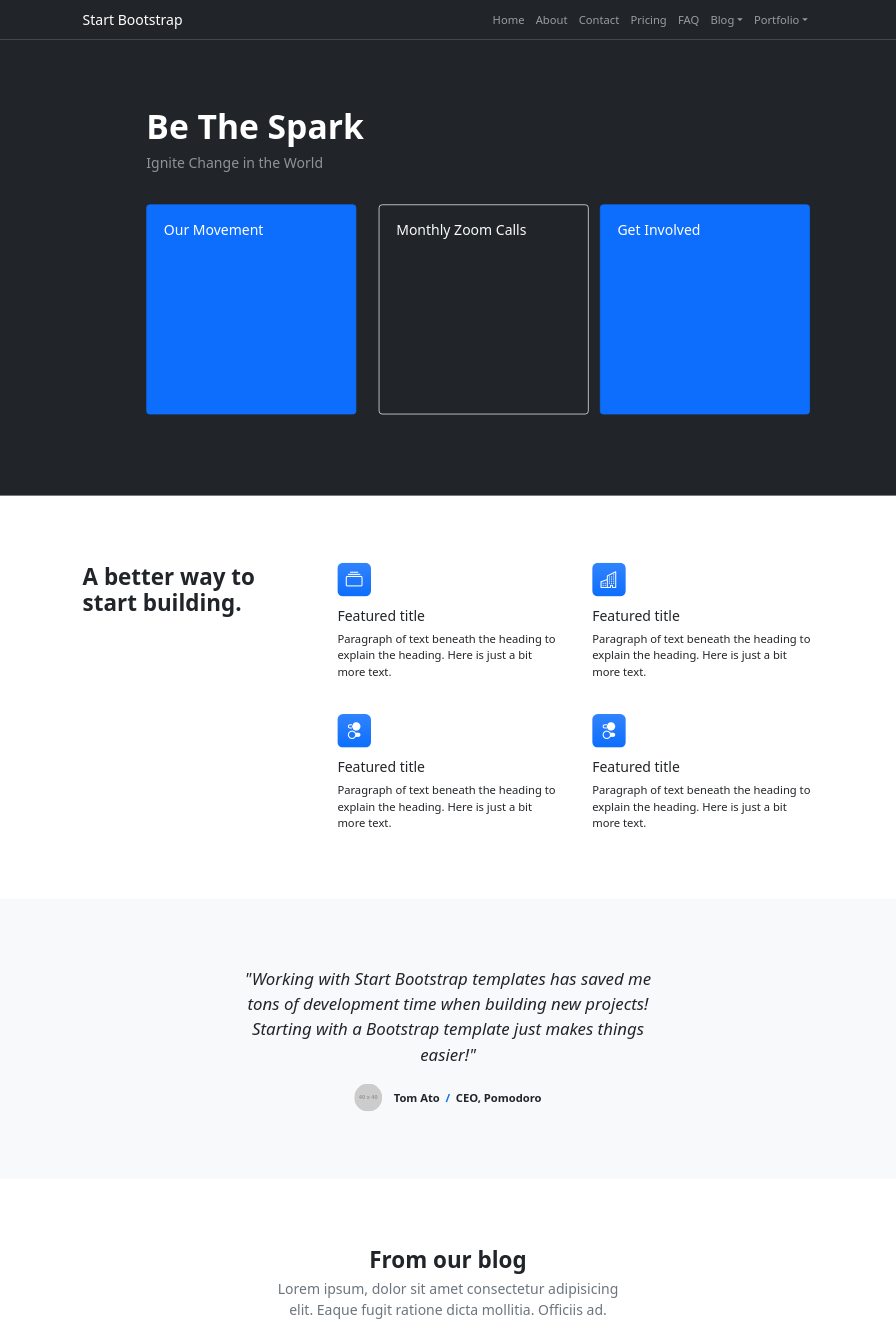
Repository: DragonFruit8/BeTheSpark
Page: index.html
The author's editor kept a copy of each file at every save. The page is drawn from the files as they stood at one save, then again after the next save.
The browser window is 1280 px wide. The pictures show the part of the page from y = 0 to 1920 px (the page is 2852 px tall before and 2652 px after), at 70% of full size.

Above is the page before, as saved 2024-01-05 08:32:02.

### index.html
<!DOCTYPE html>
<html lang="en">
    <head>
        <meta charset="utf-8" />
        <meta name="viewport" content="width=device-width, initial-scale=1, shrink-to-fit=no" />
        <meta name="description" content="" />
        <meta name="author" content="" />
        <title>Modern Business - Start Bootstrap Template</title>
        <!-- Favicon-->
        <link rel="icon" type="image/x-icon" href="assets/favicon.ico" />
        <!-- Bootstrap icons-->
        <link href="https://cdn.jsdelivr.net/npm/bootstrap-icons@1.5.0/font/bootstrap-icons.css" rel="stylesheet" />
        <!-- Core theme CSS (includes Bootstrap)-->
        <link href="css/styles.css" rel="stylesheet" />
        <link href="css/home.css" rel="stylesheet" />
    </head>
    <body class="d-flex flex-column h-100">
        <main class="flex-shrink-0">
            <!-- Navigation-->
            <nav class="navbar navbar-expand-lg navbar-dark bg-dark">
                <div class="container px-5">
                    <a class="navbar-brand" href="index.html">Start Bootstrap</a>
                    <button class="navbar-toggler" type="button" data-bs-toggle="collapse" data-bs-target="#navbarSupportedContent" aria-controls="navbarSupportedContent" aria-expanded="false" aria-label="Toggle navigation"><span class="navbar-toggler-icon"></span></button>
                    <div class="collapse navbar-collapse" id="navbarSupportedContent">
                        <ul class="navbar-nav ms-auto mb-2 mb-lg-0">
                            <li class="nav-item"><a class="nav-link" href="index.html">Home</a></li>
                            <li class="nav-item"><a class="nav-link" href="about.html">About</a></li>
                            <li class="nav-item"><a class="nav-link" href="contact.html">Contact</a></li>
                            <li class="nav-item"><a class="nav-link" href="pricing.html">Pricing</a></li>
                            <li class="nav-item"><a class="nav-link" href="faq.html">FAQ</a></li>
                            <li class="nav-item dropdown">
                                <a class="nav-link dropdown-toggle" id="navbarDropdownBlog" href="#" role="button" data-bs-toggle="dropdown" aria-expanded="false">Blog</a>
                                <ul class="dropdown-menu dropdown-menu-end" aria-labelledby="navbarDropdownBlog">
                                    <li><a class="dropdown-item" href="blog-home.html">Blog Home</a></li>
                                    <li><a class="dropdown-item" href="blog-post.html">Blog Post</a></li>
                                </ul>
                            </li>
                            <li class="nav-item dropdown">
                                <a class="nav-link dropdown-toggle" id="navbarDropdownPortfolio" href="#" role="button" data-bs-toggle="dropdown" aria-expanded="false">Portfolio</a>
                                <ul class="dropdown-menu dropdown-menu-end" aria-labelledby="navbarDropdownPortfolio">
                                    <li><a class="dropdown-item" href="portfolio-overview.html">Portfolio Overview</a></li>
                                    <li><a class="dropdown-item" href="portfolio-item.html">Portfolio Item</a></li>
                                </ul>
                            </li>
                        </ul>
                    </div>
                </div>
            </nav>
            <!-- Header-->
            <header class="bg-dark py-5">
                <div class="container px-5">
                    <div class="row gx-5 align-items-center justify-content-center">
                        <div class="col-lg-8 col-xl-10 col-xxl-12">
                            <div class="my-5 text-center text-xl-start">
                                <h1 class="display-5 fw-bolder text-white mb-2">Be The Spark</h1>
                                <p class="lead fw-normal text-white-50 mb-4">Ignite Change in the World</p>
                                <div id="CTA" class="d-grid gap-3 d-sm-flex justify-content-sm-center justify-content-xl-start">
                                    <a class="btn btn-primary btn-lg px-4 me-sm-3" href="#features">Our Movement</a>
                                    <a class="btn btn-outline-light btn-lg px-4" href="#!">Monthly Zoom Calls</a>
                                    <a class="btn btn-primary btn-lg px-4 me-sm-3" href="#features">Get Involved </a>
                                </div>
                            </div>
                        </div>
                        <!-- <div class="col-xl-5 col-xxl-6 d-none d-xl-block text-center"><img class="img-fluid rounded-3 my-5" src="https://dummyimage.com/600x400/343a40/6c757d" alt="..." /></div> -->
                    </div>
                </div>
            </header>
            <!-- Features section-->
            <section class="py-5" id="features">
                <div class="container px-5 my-5">
                    <div class="row gx-5">
                        <div class="col-lg-4 mb-5 mb-lg-0"><h2 class="fw-bolder mb-0">A better way to start building.</h2></div>
                        <div class="col-lg-8">
                            <div class="row gx-5 row-cols-1 row-cols-md-2">
                                <div class="col mb-5 h-100">
                                    <div class="feature bg-primary bg-gradient text-white rounded-3 mb-3"><i class="bi bi-collection"></i></div>
                                    <h2 class="h5">Featured title</h2>
                                    <p class="mb-0">Paragraph of text beneath the heading to explain the heading. Here is just a bit more text.</p>
                                </div>
                                <div class="col mb-5 h-100">
                                    <div class="feature bg-primary bg-gradient text-white rounded-3 mb-3"><i class="bi bi-building"></i></div>
                                    <h2 class="h5">Featured title</h2>
                                    <p class="mb-0">Paragraph of text beneath the heading to explain the heading. Here is just a bit more text.</p>
                                </div>
                                <div class="col mb-5 mb-md-0 h-100">
                                    <div class="feature bg-primary bg-gradient text-white rounded-3 mb-3"><i class="bi bi-toggles2"></i></div>
                                    <h2 class="h5">Featured title</h2>
                                    <p class="mb-0">Paragraph of text beneath the heading to explain the heading. Here is just a bit more text.</p>
                                </div>
                                <div class="col h-100">
                                    <div class="feature bg-primary bg-gradient text-white rounded-3 mb-3"><i class="bi bi-toggles2"></i></div>
                                    <h2 class="h5">Featured title</h2>
                                    <p class="mb-0">Paragraph of text beneath the heading to explain the heading. Here is just a bit more text.</p>
                                </div>
                            </div>
                        </div>
                    </div>
                </div>
            </section>
            <!-- Testimonial section-->
            <div class="py-5 bg-light">
                <div class="container px-5 my-5">
                    <div class="row gx-5 justify-content-center">
                        <div class="col-lg-10 col-xl-7">
                            <div class="text-center">
                                <div class="fs-4 mb-4 fst-italic">"Working with Start Bootstrap templates has saved me tons of development time when building new projects! Starting with a Bootstrap template just makes things easier!"</div>
                                <div class="d-flex align-items-center justify-content-center">
                                    <img class="rounded-circle me-3" src="https://dummyimage.com/40x40/ced4da/6c757d" alt="..." />
                                    <div class="fw-bold">
                                        Tom Ato
                                        <span class="fw-bold text-primary mx-1">/</span>
                                        CEO, Pomodoro
                                    </div>
                                </div>
                            </div>
                        </div>
                    </div>
                </div>
            </div>
            <!-- Blog preview section-->
            <section class="py-5">
                <div class="container px-5 my-5">
                    <div class="row gx-5 justify-content-center">
                        <div class="col-lg-8 col-xl-6">
                            <div class="text-center">
                                <h2 class="fw-bolder">From our blog</h2>
                                <p class="lead fw-normal text-muted mb-5">Lorem ipsum, dolor sit amet consectetur adipisicing elit. Eaque fugit ratione dicta mollitia. Officiis ad.</p>
                            </div>
                        </div>
                    </div>
                    <div class="row gx-5">
                        <div class="col-lg-4 mb-5">
                            <div class="card h-100 shadow border-0">
                                <img class="card-img-top" src="https://dummyimage.com/600x350/ced4da/6c757d" alt="..." />
                                <div class="card-body p-4">
                                    <div class="badge bg-primary bg-gradient rounded-pill mb-2">News</div>
                                    <a class="text-decoration-none link-dark stretched-link" href="#!"><h5 class="card-title mb-3">Blog post title</h5></a>
                                    <p class="card-text mb-0">Some quick example text to build on the card title and make up the bulk of the card's content.</p>
                                </div>
                                <div class="card-footer p-4 pt-0 bg-transparent border-top-0">
                                    <div class="d-flex align-items-end justify-content-between">
                                        <div class="d-flex align-items-center">
                                            <img class="rounded-circle me-3" src="https://dummyimage.com/40x40/ced4da/6c757d" alt="..." />
                                            <div class="small">
                                                <div class="fw-bold">Kelly Rowan</div>
                                                <div class="text-muted">March 12, 2023 &middot; 6 min read</div>
                                            </div>
                                        </div>
                                    </div>
                                </div>
                            </div>
                        </div>
                        <div class="col-lg-4 mb-5">
                            <div class="card h-100 shadow border-0">
                                <img class="card-img-top" src="https://dummyimage.com/600x350/adb5bd/495057" alt="..." />
                                <div class="card-body p-4">
                                    <div class="badge bg-primary bg-gradient rounded-pill mb-2">Media</div>
                                    <a class="text-decoration-none link-dark stretched-link" href="#!"><h5 class="card-title mb-3">Another blog post title</h5></a>
                                    <p class="card-text mb-0">This text is a bit longer to illustrate the adaptive height of each card. Some quick example text to build on the card title and make up the bulk of the card's content.</p>
                                </div>
                                <div class="card-footer p-4 pt-0 bg-transparent border-top-0">
                                    <div class="d-flex align-items-end justify-content-between">
                                        <div class="d-flex align-items-center">
                                            <img class="rounded-circle me-3" src="https://dummyimage.com/40x40/ced4da/6c757d" alt="..." />
                                            <div class="small">
                                                <div class="fw-bold">Josiah Barclay</div>
                                                <div class="text-muted">March 23, 2023 &middot; 4 min read</div>
                                            </div>
                                        </div>
                                    </div>
                                </div>
                            </div>
                        </div>
                        <div class="col-lg-4 mb-5">
                            <div class="card h-100 shadow border-0">
                                <img class="card-img-top" src="https://dummyimage.com/600x350/6c757d/343a40" alt="..." />
                                <div class="card-body p-4">
                                    <div class="badge bg-primary bg-gradient rounded-pill mb-2">News</div>
                                    <a class="text-decoration-none link-dark stretched-link" href="#!"><h5 class="card-title mb-3">The last blog post title is a little bit longer than the others</h5></a>
                                    <p class="card-text mb-0">Some more quick example text to build on the card title and make up the bulk of the card's content.</p>
                                </div>
                                <div class="card-footer p-4 pt-0 bg-transparent border-top-0">
                                    <div class="d-flex align-items-end justify-content-between">
                                        <div class="d-flex align-items-center">
                                            <img class="rounded-circle me-3" src="https://dummyimage.com/40x40/ced4da/6c757d" alt="..." />
                                            <div class="small">
                                                <div class="fw-bold">Evelyn Martinez</div>
                                                <div class="text-muted">April 2, 2023 &middot; 10 min read</div>
                                            </div>
                                        </div>
                                    </div>
                                </div>
                            </div>
                        </div>
                    </div>
                    <!-- Call to action-->
                    <aside class="bg-primary bg-gradient rounded-3 p-4 p-sm-5 mt-5">
                        <div class="d-flex align-items-center justify-content-between flex-column flex-xl-row text-center text-xl-start">
                            <div class="mb-4 mb-xl-0">
                                <div class="fs-3 fw-bold text-white">New products, delivered to you.</div>
                                <div class="text-white-50">Sign up for our newsletter for the latest updates.</div>
                            </div>
                            <div class="ms-xl-4">
                                <div class="input-group mb-2">
                                    <input class="form-control" type="text" placeholder="Email address..." aria-label="Email address..." aria-describedby="button-newsletter" />
                                    <button class="btn btn-outline-light" id="button-newsletter" type="button">Sign up</button>
                                </div>
                                <div class="small text-white-50">We care about privacy, and will never share your data.</div>
                            </div>
                        </div>
                    </aside>
                </div>
            </section>
        </main>
        <!-- Footer-->
        <footer class="bg-dark py-4 mt-auto">
            <div class="container px-5">
                <div class="row align-items-center justify-content-between flex-column flex-sm-row">
                    <div class="col-auto"><div class="small m-0 text-white">Copyright &copy; Your Website 2023</div></div>
                    <div class="col-auto">
                        <a class="link-light small" href="#!">Privacy</a>
                        <span class="text-white mx-1">&middot;</span>
                        <a class="link-light small" href="#!">Terms</a>
                        <span class="text-white mx-1">&middot;</span>
                        <a class="link-light small" href="#!">Contact</a>
                    </div>
                </div>
            </div>
        </footer>
        <!-- Bootstrap core JS-->
        <script src="https://cdn.jsdelivr.net/npm/bootstrap@5.2.3/dist/js/bootstrap.bundle.min.js"></script>
        <!-- Core theme JS-->
        <script src="js/scripts.js"></script>
    </body>
</html>

### css/home.css
#CTA a{
    display: flex;
    min-height:300px;
    min-width: 300px;
    padding: 20px;
    margin-top: 20px;
    margin-bottom: 20px;
    border-radius: 5px;
}

@media (mn-width: 1080px) {
    #CTA > a{
        display: inline-flex;
        flex-direction: row;
        min-height:100px !important;
        min-width: 100px !important;
        padding: 20px;
        border-radius: 5px;
    }

}

@media (max-width: 1080px) and (min-width: 768px) {
    #CTA a{
        display: inline-flex;
        flex-direction: row;
        max-height:50px !important;
        max-width: 100px !important;
        border-radius: 5px;
    }
}

/* @media (min-width: 1080px) {
    #CTA a{
        display: inline-flex;
        flex-direction: row;
        min-height:100px;
        min-width: 200px;
        margin-top: 20px;
        margin-bottom: 20px;
        border-radius: 5px;
    }
} */

Loaded but not shown: css/styles.css (library); js/scripts.js (common file)

After the next save:
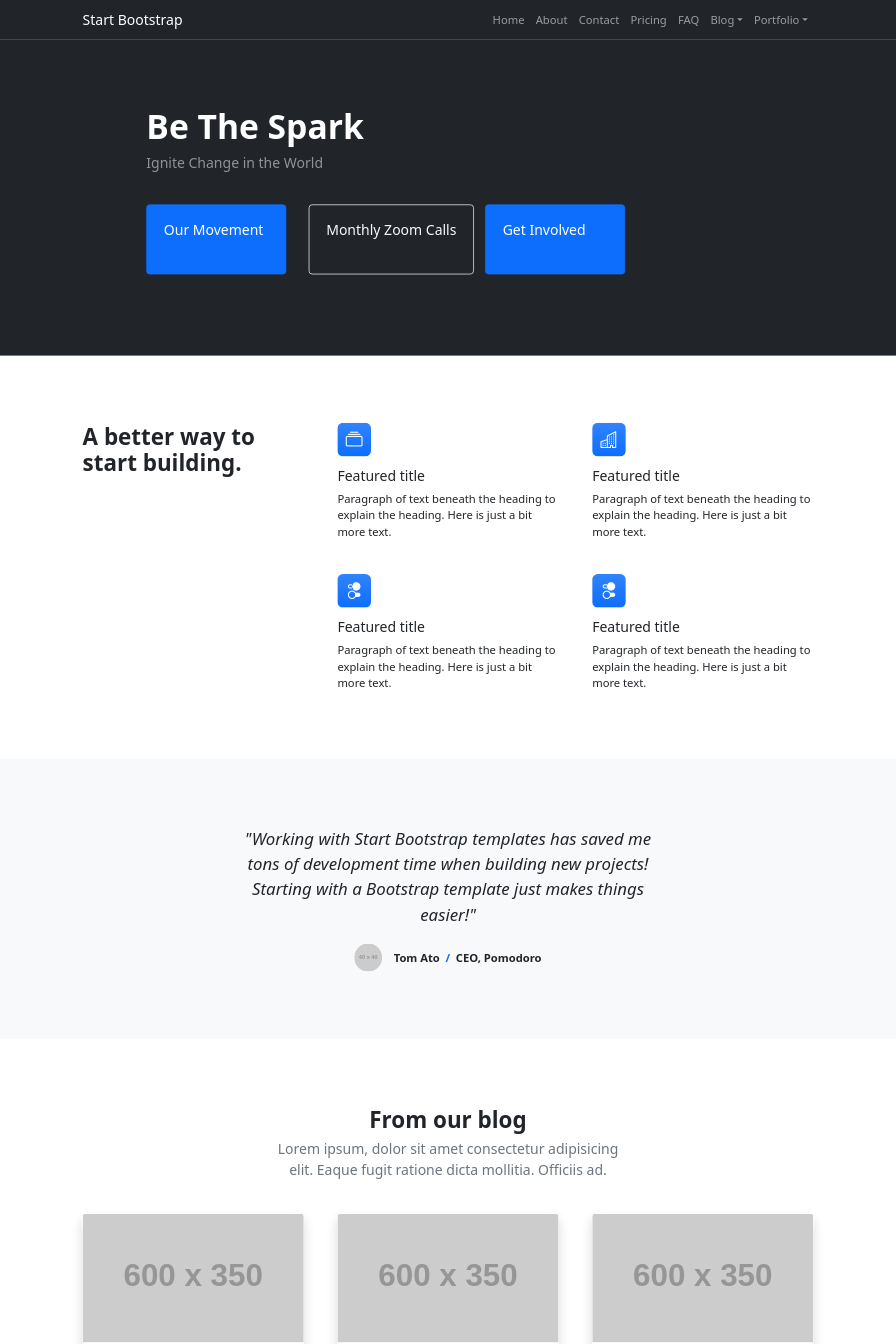
Saved 27 s later.
--- a/css/home.css
+++ b/css/home.css
@@ -30,7 +30,7 @@
     }
 }
 
-/* @media (min-width: 1080px) {
+@media (min-width: 1080px) {
     #CTA a{
         display: inline-flex;
         flex-direction: row;
@@ -40,4 +40,4 @@
         margin-bottom: 20px;
         border-radius: 5px;
     }
-} */
+}
